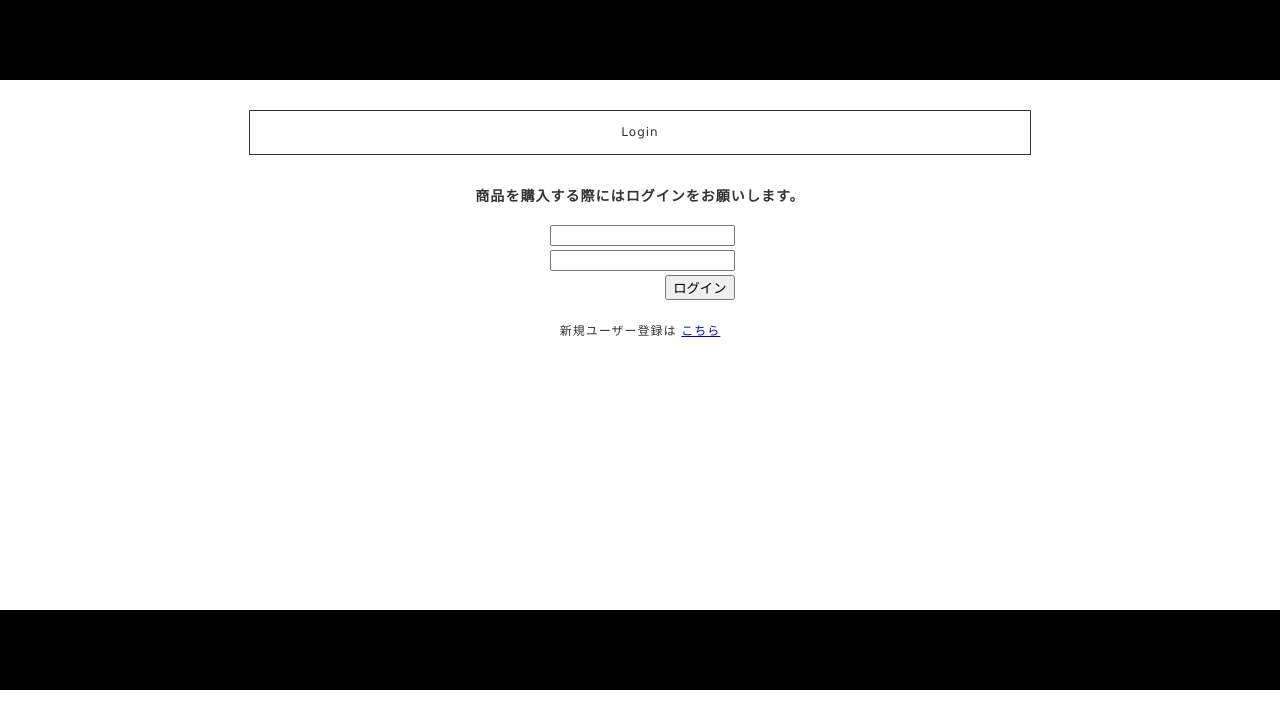
Repository: NoriakiYasumura/test01
Page: http://localhost/template2/login.jsp
An editor plug-in stored every save of this project. The page is shown before and after a run of saves, followed by the edit.
The browser window is 1280 px wide. The pictures show the whole page.
The page is served by Tomcat 9. Other server files are loaded and not shown.

Above is the page before, as saved 2019-04-22 01:44:53.

### template2/WebContent/login.jsp
<%@ page language="java" contentType="text/html; charset=UTF-8"
    pageEncoding="UTF-8"%>
<%@ taglib prefix="s" uri="/struts-tags" %>
<!DOCTYPE html>
<html>
	<head>
		<meta http-equiv="Content-Type" content="text/html; charset=UTF-8"/>
		<meta http-equiv="Content-Style-Type" content="text/css"/>
		<meta http-equiv="Content-Script-Type" content="text/javascript"/>
		<meta http-equiv="imagetoolbar" content="no"/>
		<meta name="description" content=""/>
		<meta name="keywords" content=""/>
		<title>Login画面</title>

		<style type="text/css">
			/* TAGLAYOUT */
			body{
				margin:0;
				padding:0;
				line-height:1.6;
				letter-spacing:1px;
				font-family:Verdana,Helvetica,sans-serif;
				font-size:12px;
				color:#333;
				background:#fff;
			}
			table{
				text-align:center;
				margin:0 auto;
			}

			/* IDLAYOUT */
			#top{
				width:780px;
				margin:30px auto;
				border:1px solid #333;
			}

			#header{
				width:100%;
				height:80px;
				background-color:black;
			}

			#main{
				width:100%;
				height:500px;
				text-align:center;
			}

			#footer{
				width:100%;
				height:80px;
				background-color:black;
				clear:both;
			}

		</style>
	</head>
	<body>
		<div id="header"></div>

		<div id="main">
			<div id="top">
				<p>Login</p>
			</div>
			<div>
				<h3>商品を購入する際にはログインをお願いします。</h3>
				<s:form action="LoginAction">
					<s:textfield name="loginUserId"/>
					<s:password name="loginPassword"/>
					<s:submit value="ログイン"/>
				</s:form>
				<br>
				<div>
					<span>新規ユーザー登録は
						<a href='<s:url action="UserCreateAction"/>'>こちら</a>
					</span>
				</div>
			</div>
		</div>

		<div id="footer"></div>
	</body>
</html>

After the next 3 saves:
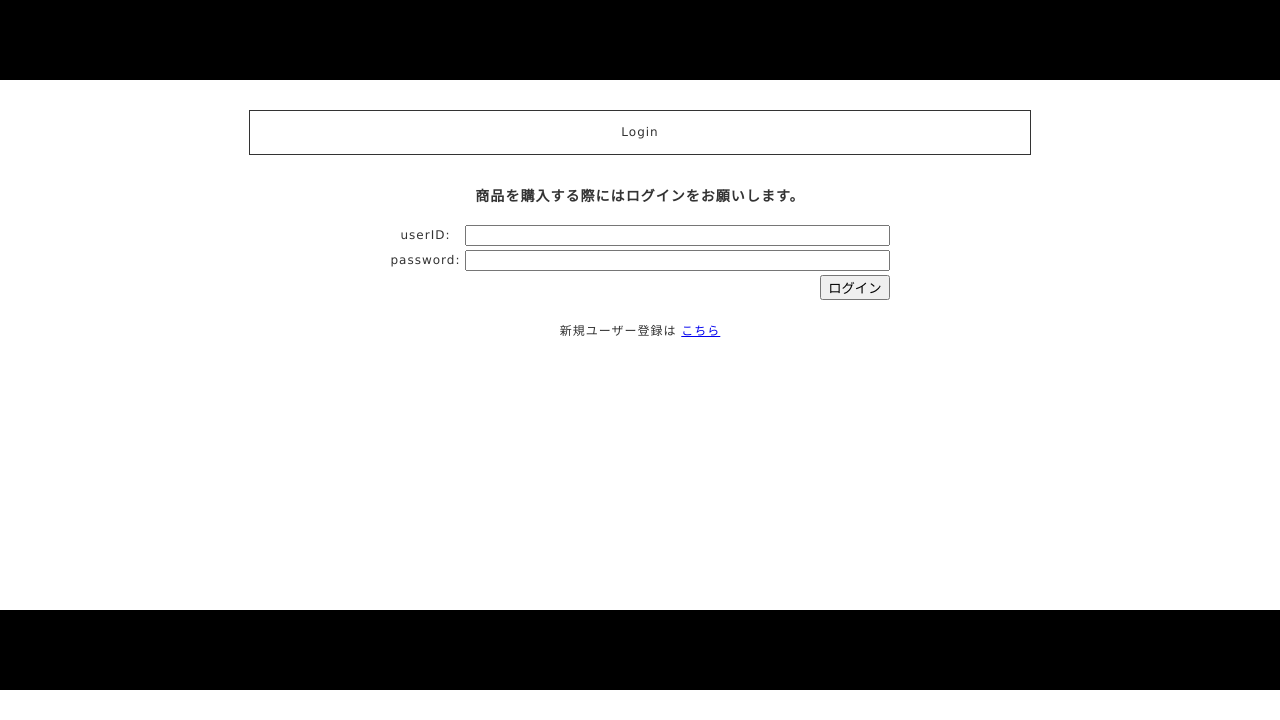
The 3 saves are shown as one change because 2 did not build or start.
The last was saved 4 min 14 s later.
--- a/template2/WebContent/login.jsp
+++ b/template2/WebContent/login.jsp
@@ -67,8 +67,8 @@
 			<div>
 				<h3>商品を購入する際にはログインをお願いします。</h3>
 				<s:form action="LoginAction">
-					<s:textfield name="loginUserId"/>
-					<s:password name="loginPassword"/>
+					<s:textfield size="50" label="userID" name="loginUserId"/>
+					<s:password size="50" label="password" name="loginPassword"/>
 					<s:submit value="ログイン"/>
 				</s:form>
 				<br>
